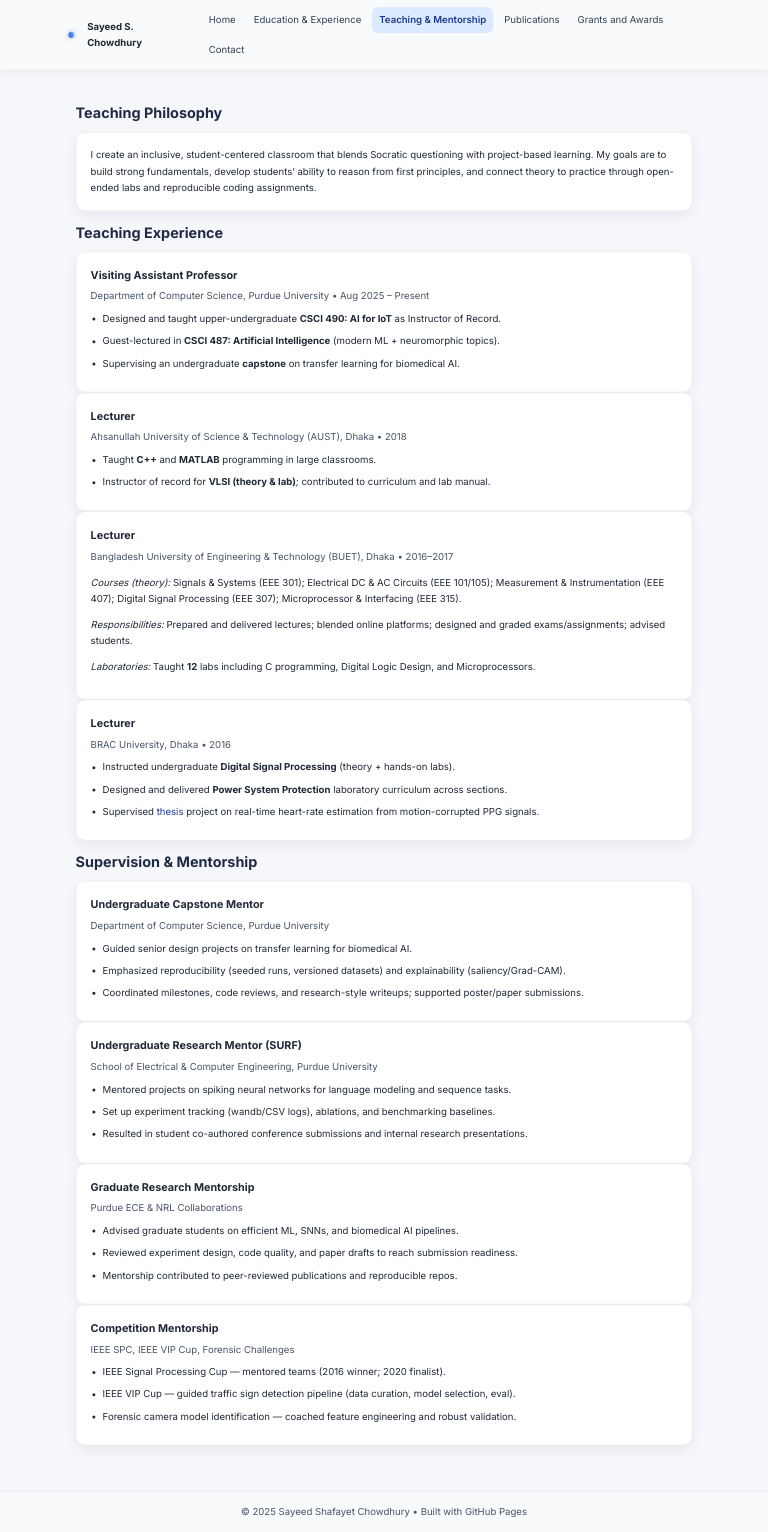
Repository: SayeedChowdhury/SayeedChowdhury.github.io
Page: teaching.html
These files come from the project's save history. The page is drawn as it stood at one moment and after the next save; the edit follows.
The browser window is 1280 px wide. The pictures show the whole page, at 60% of full size.

Above is the page before, as saved 2025-08-13 10:49:16.

After the next save:
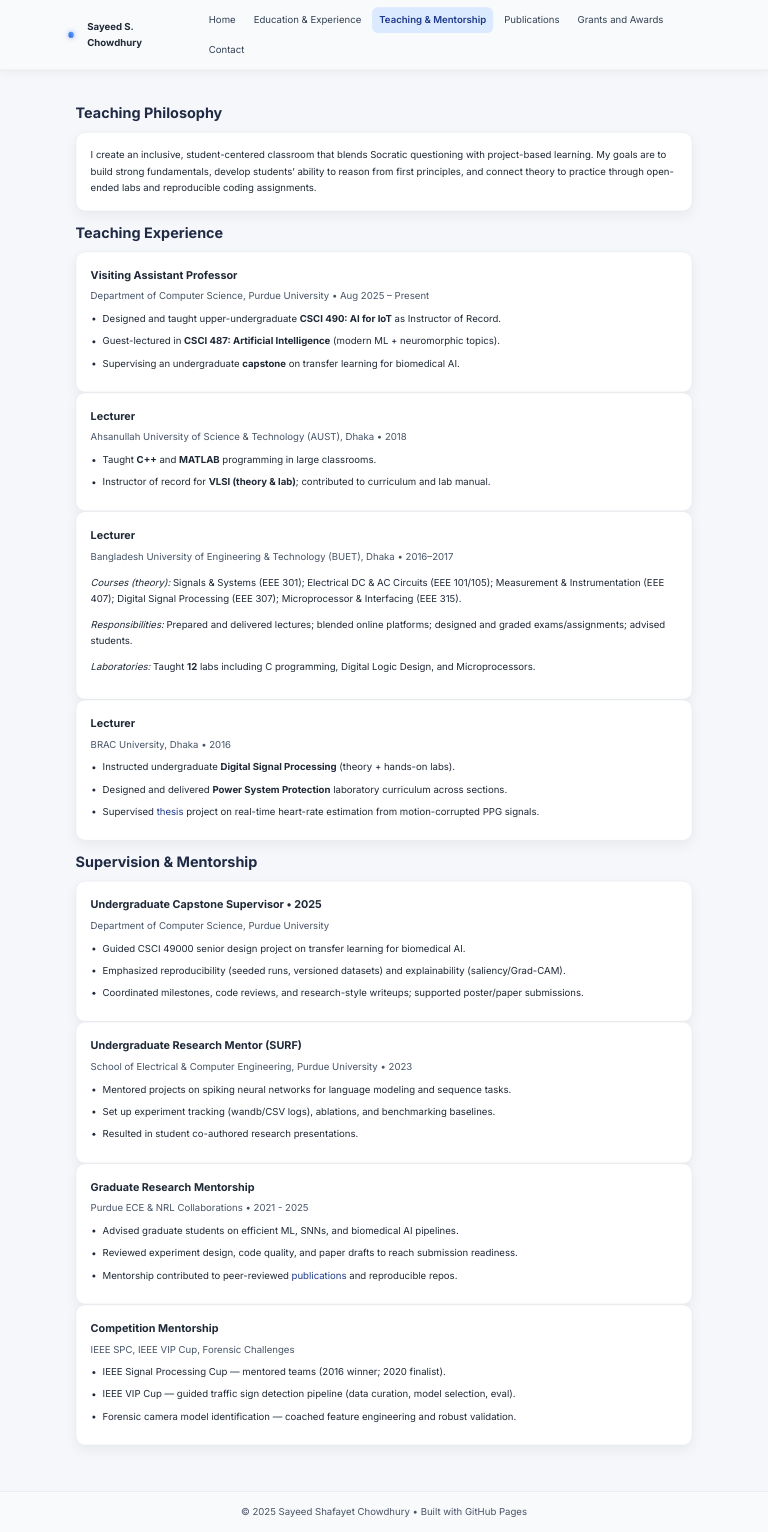
Saved 4 min 50 s later.
--- a/teaching.html
+++ b/teaching.html
@@ -86,10 +86,10 @@
 
     <!-- Undergraduate Capstone -->
     <div class="card">
-      <h3>Undergraduate Capstone Mentor</h3>
+      <h3>Undergraduate Capstone Supervisor • 2025</h3>
       <div class="lead">Department of Computer Science, Purdue University</div>
       <ul class="list">
-        <li>Guided senior design projects on transfer learning for biomedical AI.</li>
+        <li>Guided CSCI 49000 senior design project on transfer learning for biomedical AI.</li>
         <li>Emphasized reproducibility (seeded runs, versioned datasets) and explainability (saliency/Grad-CAM).</li>
         <li>Coordinated milestones, code reviews, and research-style writeups; supported poster/paper submissions.</li>
       </ul>
@@ -98,22 +98,22 @@
     <!-- SURF Projects -->
     <div class="card">
       <h3>Undergraduate Research Mentor (SURF)</h3>
-      <div class="lead">School of Electrical &amp; Computer Engineering, Purdue University</div>
+      <div class="lead">School of Electrical &amp; Computer Engineering, Purdue University • 2023</div>
       <ul class="list">
         <li>Mentored projects on spiking neural networks for language modeling and sequence tasks.</li>
         <li>Set up experiment tracking (wandb/CSV logs), ablations, and benchmarking baselines.</li>
-        <li>Resulted in student co-authored conference submissions and internal research presentations.</li>
+        <li>Resulted in student co-authored research presentations.</li>
       </ul>
     </div>
 
     <!-- Graduate Mentorship -->
     <div class="card">
       <h3>Graduate Research Mentorship</h3>
-      <div class="lead">Purdue ECE &amp; NRL Collaborations</div>
+      <div class="lead">Purdue ECE &amp; NRL Collaborations • 2021 - 2025</div>
       <ul class="list">
         <li>Advised graduate students on efficient ML, SNNs, and biomedical AI pipelines.</li>
         <li>Reviewed experiment design, code quality, and paper drafts to reach submission readiness.</li>
-        <li>Mentorship contributed to peer-reviewed publications and reproducible repos.</li>
+        <li>Mentorship contributed to peer-reviewed <a href=" https://ieeexplore.ieee.org/abstract/document/11078244" target="_blank" rel="noopener">publications</a> and reproducible repos.</li>
       </ul>
     </div>
 
